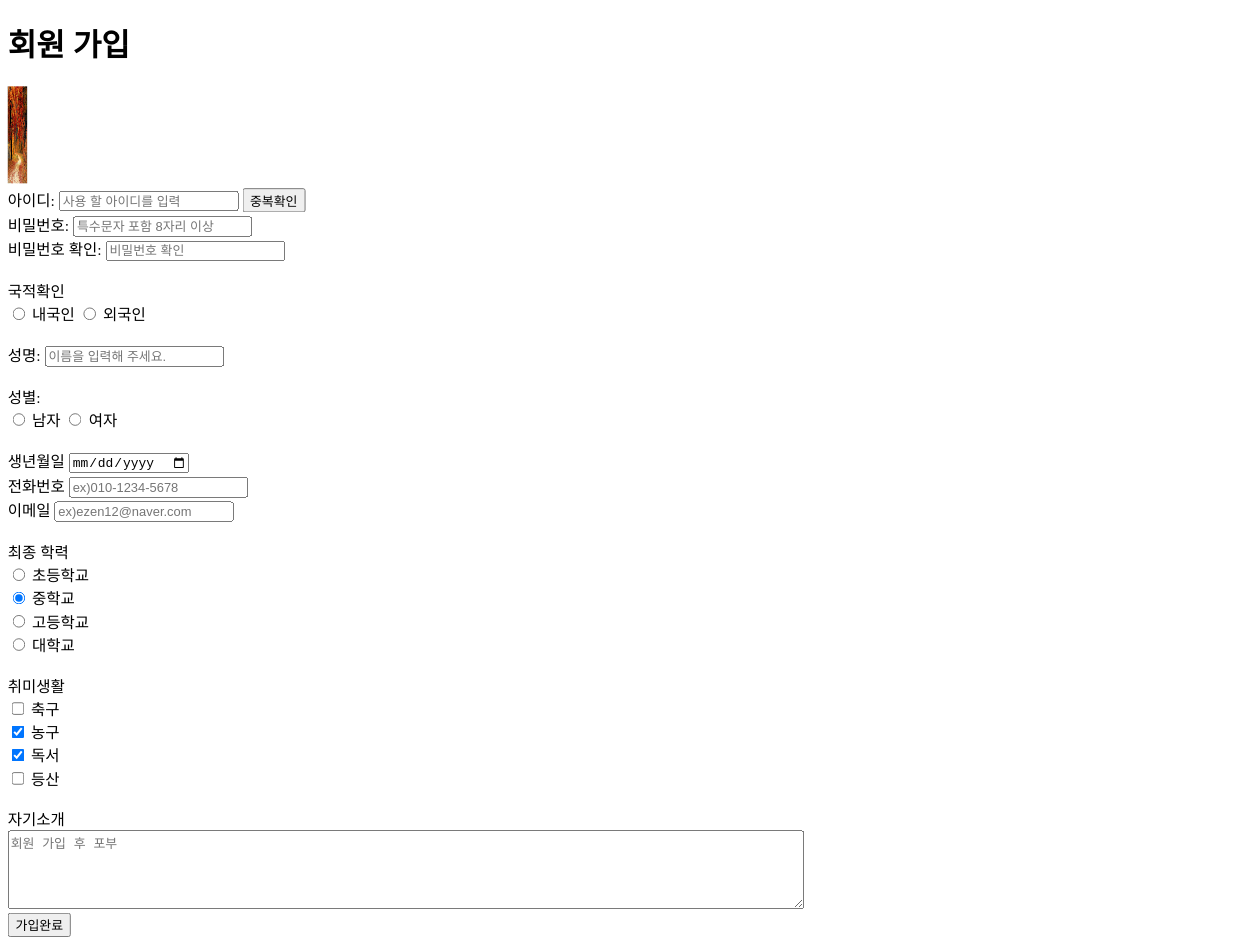
Repository: Chojaejun/javastudy
Page: HelloWorld/WebContent/Test5.html
An editor plug-in stored every save of this project. The page is shown before and after the next save, followed by the edit.
The browser window is 1280 px wide. The pictures show the whole page, at 97% of full size.

Above is the page before, as saved 2020-12-07 03:59:02.

After the next save:
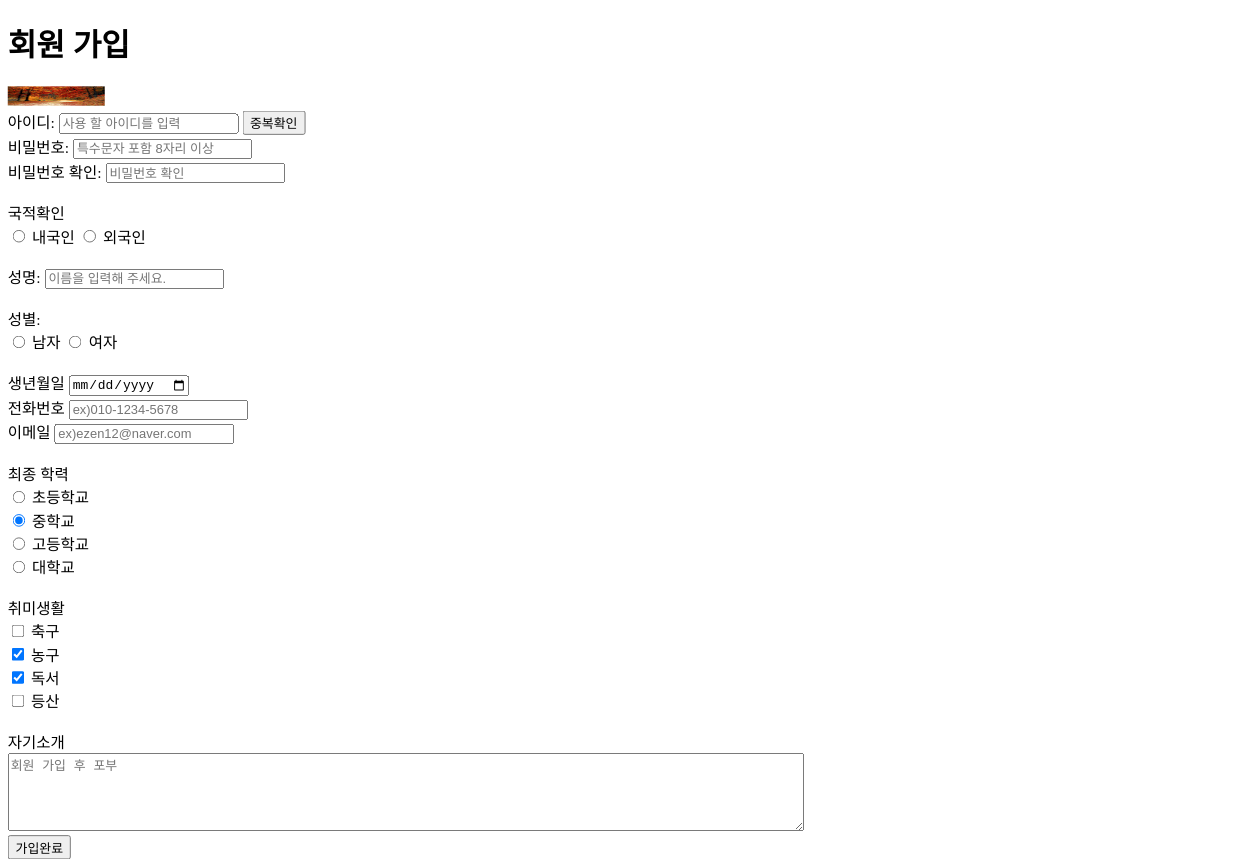
Saved 16 s later.
--- a/HelloWorld/WebContent/Test5.html
+++ b/HelloWorld/WebContent/Test5.html
@@ -6,7 +6,7 @@
 </head>
 <body>
 <h1>회원 가입</h1>
-<img alt="4k 이미지" src="test.jpg" width="20" height="100">
+<img alt="4k 이미지" src="test.jpg" width="100" height="20">
 <form action="Test6.html" method="post">
 <label for="id">아이디: </label>
 <input id="id" name="id" placeholder="사용 할 아이디를 입력">
